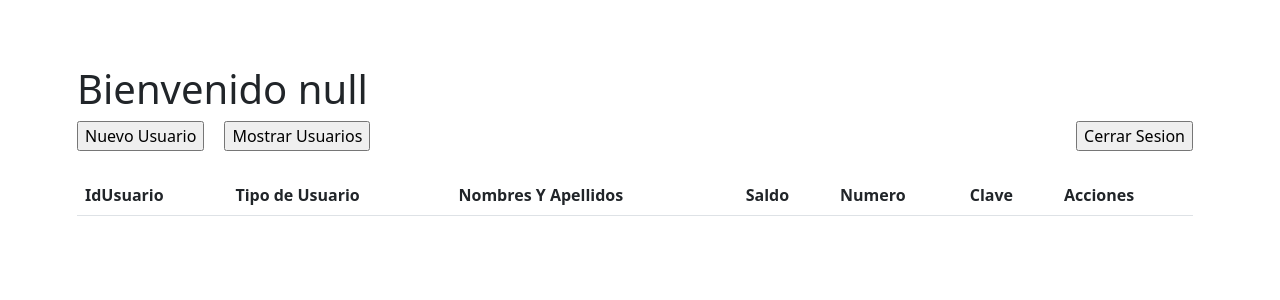
Repository: Gimblet/LP1_Proyecto_Yape
Page: http://localhost/Yape/headAdminDashboard.jsp
An editor plug-in stored every save of this project. The page is shown before and after the next save, followed by the edit.
The browser window is 1280 px wide. The pictures show the whole page.
The page is served by Tomcat 9. Queries for data that is not in the repository find no rows.

Above is the page before, as saved 2024-05-04 15:10:18.

After the next save:
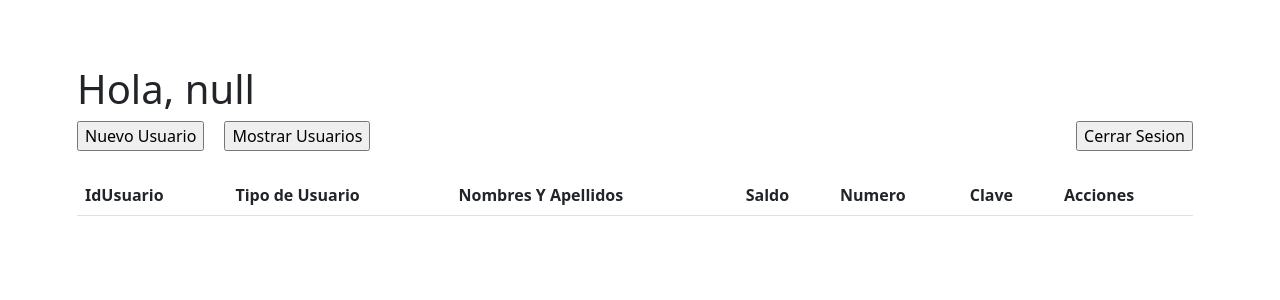
Saved 13 s later.
--- a/Yape/src/main/webapp/headAdminDashboard.jsp
+++ b/Yape/src/main/webapp/headAdminDashboard.jsp
@@ -47,7 +47,7 @@ input:hover {
 		<main>
 			<section>
 				<div>
-					<h1>Bienvenido <%= metodo.obtenerNombre() %></h1>
+					<h1>Hola, <%= metodo.obtenerNombre() %></h1>
 					<form action="Servlet" method="post">
 						<input type="submit" value="Nuevo Usuario" name="type"> <input
 							type="submit" value="Mostrar Usuarios" name="type"> <input
